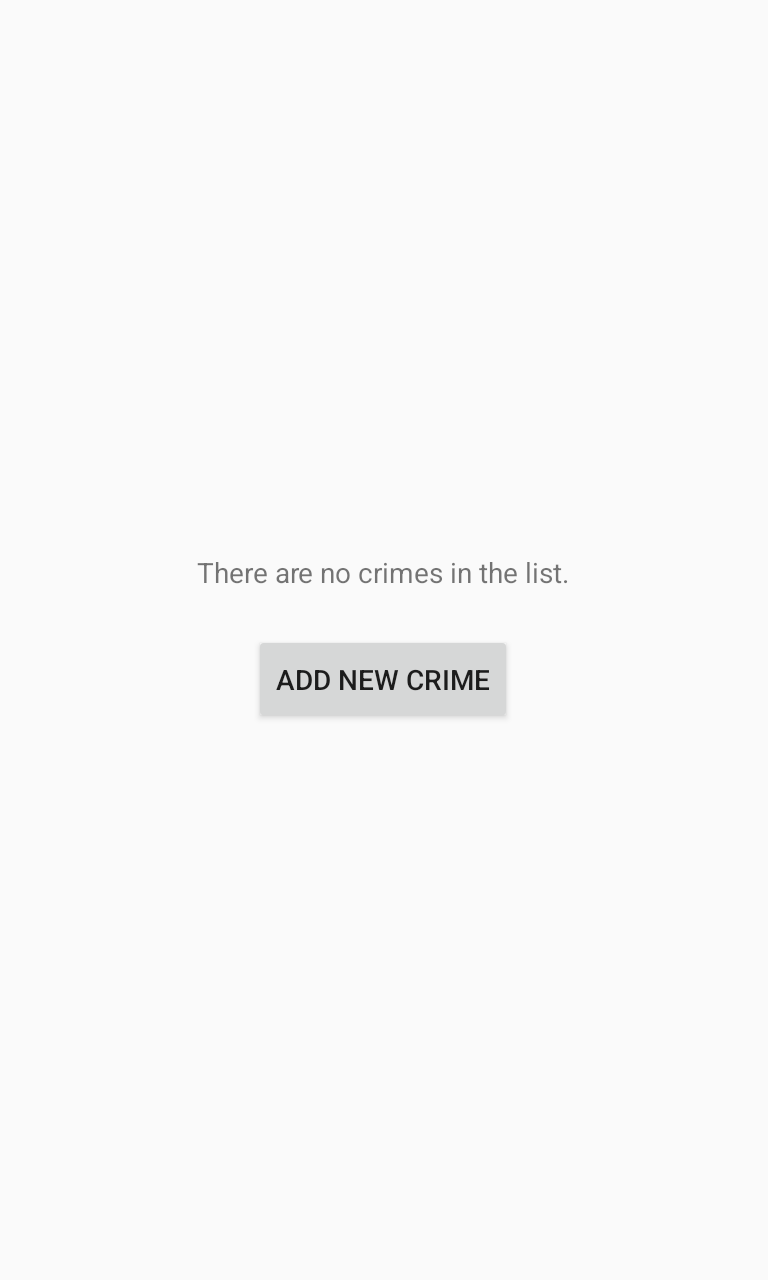
Repository: Jeedan/learning-android-apps
Layout: CriminalIntent/res/layout/fragment_list_crimes.xml
These files come from the project's save history. The layout is drawn as it stood at one moment and after the next save; the edit follows.
It is drawn on a 768 x 1280 px phone screen (xhdpi) without system bars, with theme AppTheme; the app's code is not run. Lists and similar views that code fills are empty.

Above is the layout before, as saved 2014-10-23 10:25:18.

After the next save:
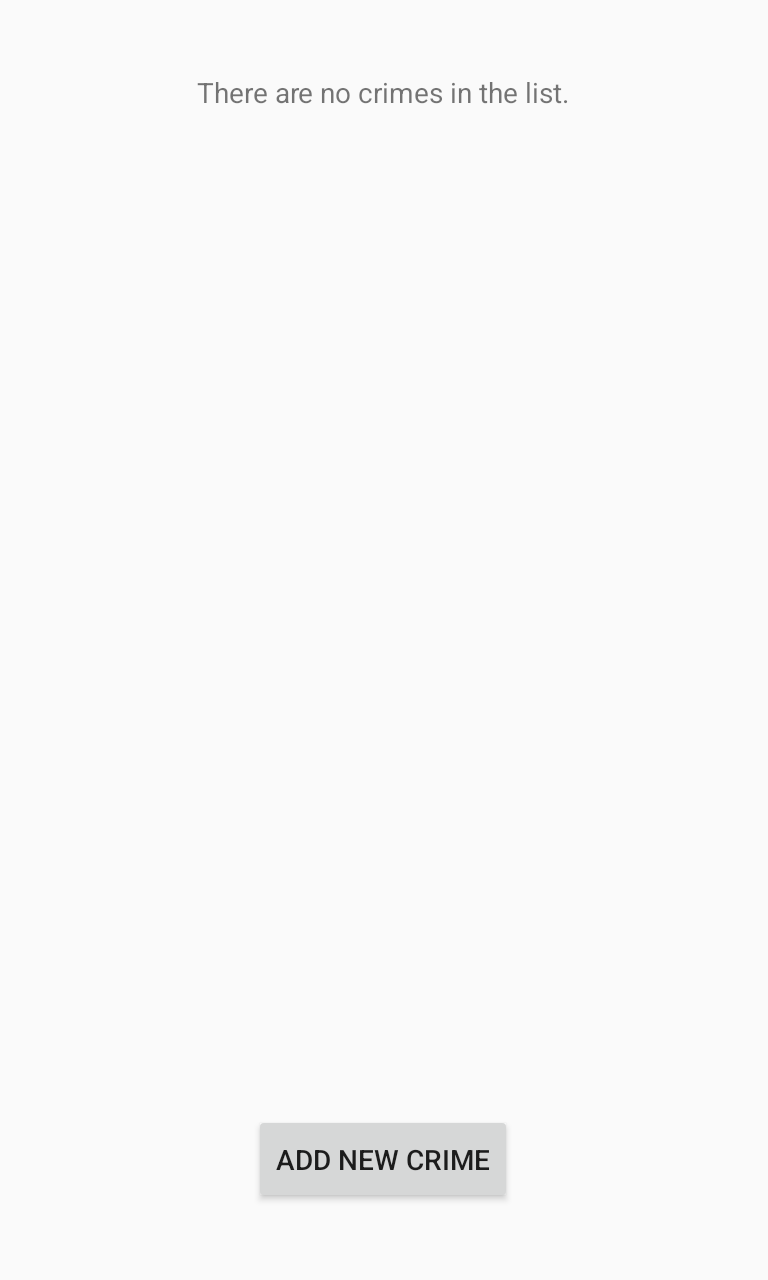
Saved 12 s later.
--- a/CriminalIntent/res/layout/fragment_list_crimes.xml
+++ b/CriminalIntent/res/layout/fragment_list_crimes.xml
@@ -27,6 +27,6 @@
         android:layout_height="wrap_content"
         android:text="@string/add_new_crime_button_label"
         android:layout_gravity="center"
-        android:layout_marginTop="20dp"/>
+        android:layout_marginTop="500dp"/>
    </LinearLayout>
 </FrameLayout>

After the save that followed:
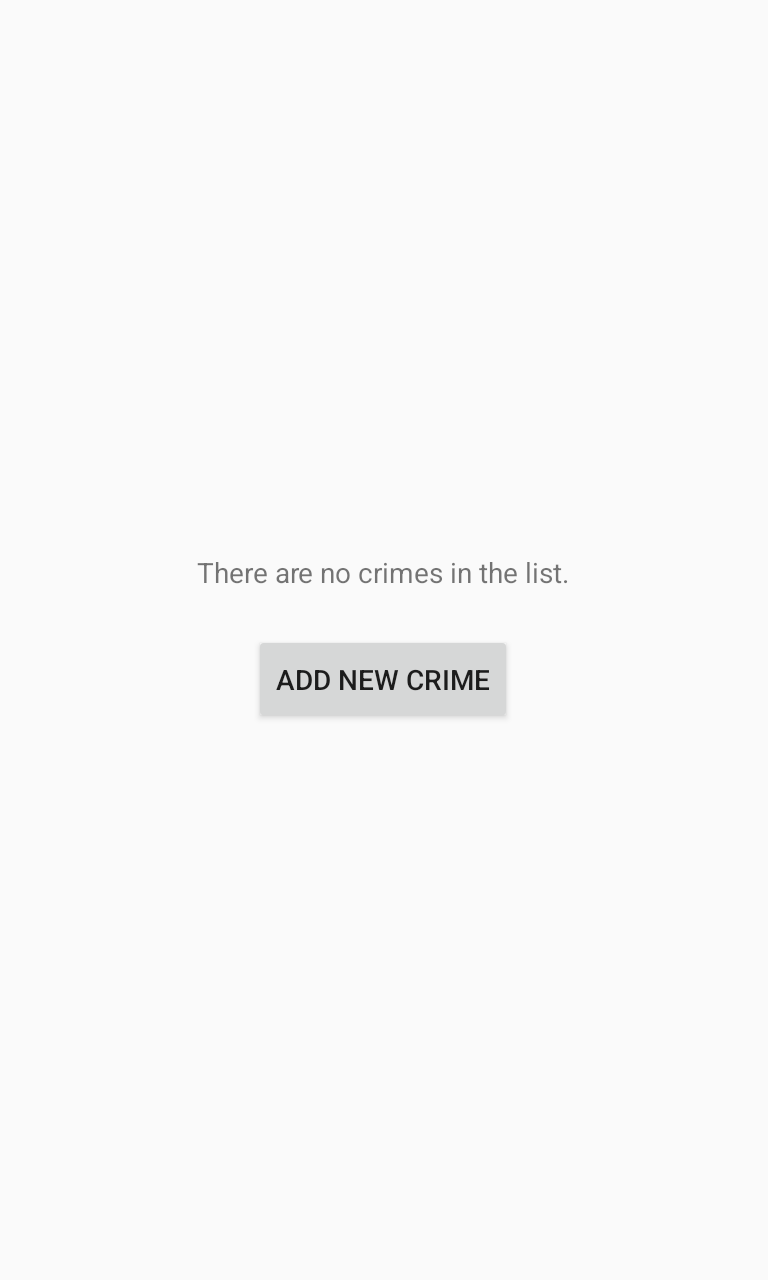
Saved 14 s later.
--- a/CriminalIntent/res/layout/fragment_list_crimes.xml
+++ b/CriminalIntent/res/layout/fragment_list_crimes.xml
@@ -27,6 +27,6 @@
         android:layout_height="wrap_content"
         android:text="@string/add_new_crime_button_label"
         android:layout_gravity="center"
-        android:layout_marginTop="500dp"/>
+        android:layout_marginTop="20dp"/>
    </LinearLayout>
 </FrameLayout>
